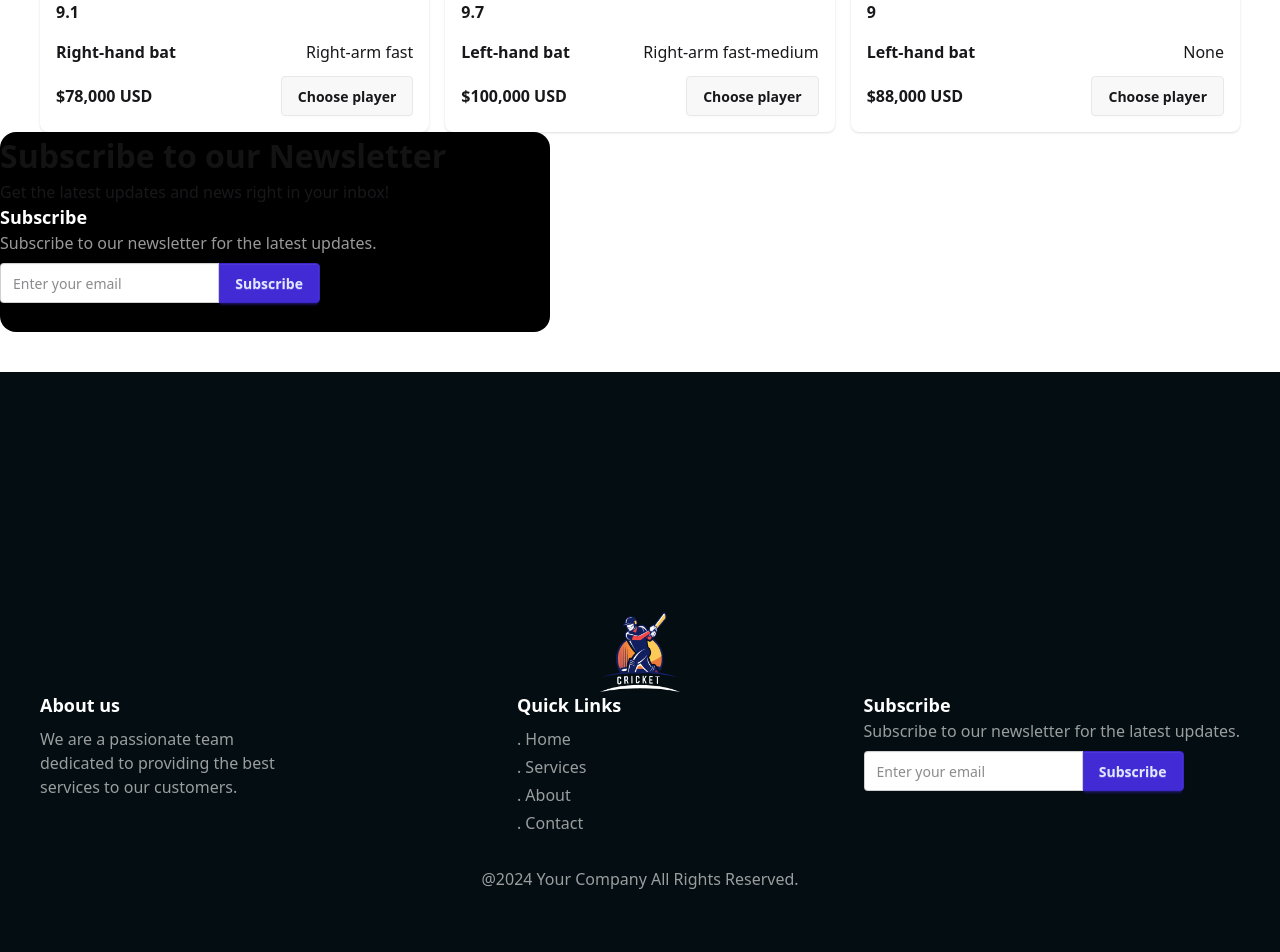
Repository: SanjidaSnigdha/Select-your-eleven
Page: /
The author's editor kept a copy of each file at every save. The page is drawn from the files as they stood at one save, then again after the next save.
The browser window is 1280 px wide. The pictures show the part of the page from y = 2945 to 3897 px (the page is 3897 px tall).
The project was rebuilt for these pictures with package versions that can differ from the ones it lists, and the page was loaded fresh each time. Also part of the build but not shown: vite.config.js, src/App.css, src/components/SelectedCard/SelectedCard.jsx, src/components/SelectedPlayers/SelectedPlayers.jsx.

Above is the page before, as saved 2026-03-23 01:10:51.

After the next save:
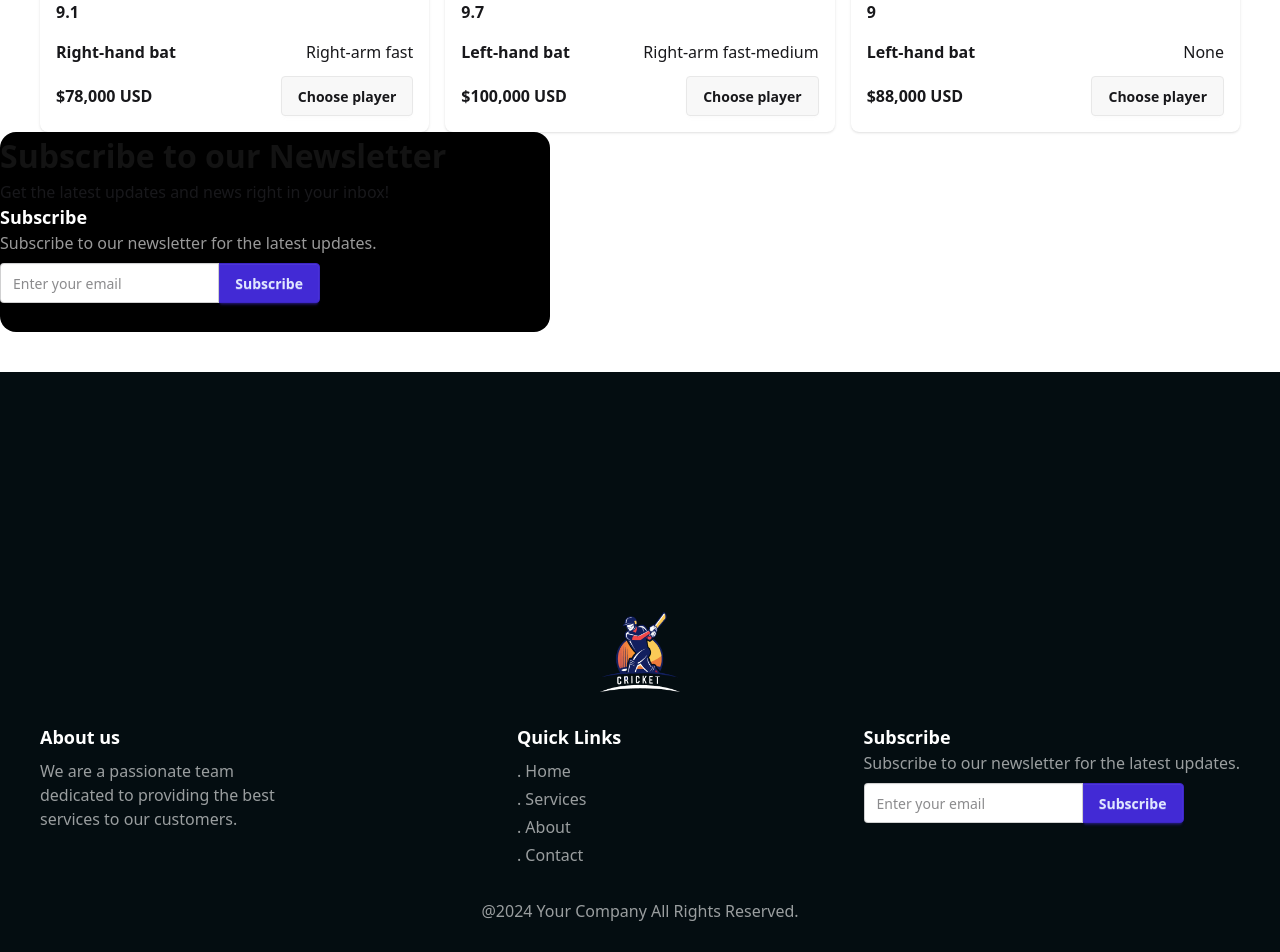
Saved 32 s later.
--- a/src/components/Footer/Footer.jsx
+++ b/src/components/Footer/Footer.jsx
@@ -6,7 +6,7 @@
         <footer className="bg-[#040D11] text-base-content p-10 mt-10 w-full h-[580px]">
             {/* Footer Image */}
             <div className='flex justify-center mt-50'>
-            <img src={footerImg} alt="" className='w-20 h-20'/>
+            <img src={footerImg} alt="" className='w-20 h-20 mb-8'/>
             </div>
    <div className='flex flex-col md:flex-row justify-between gap-8'>
     <div>
